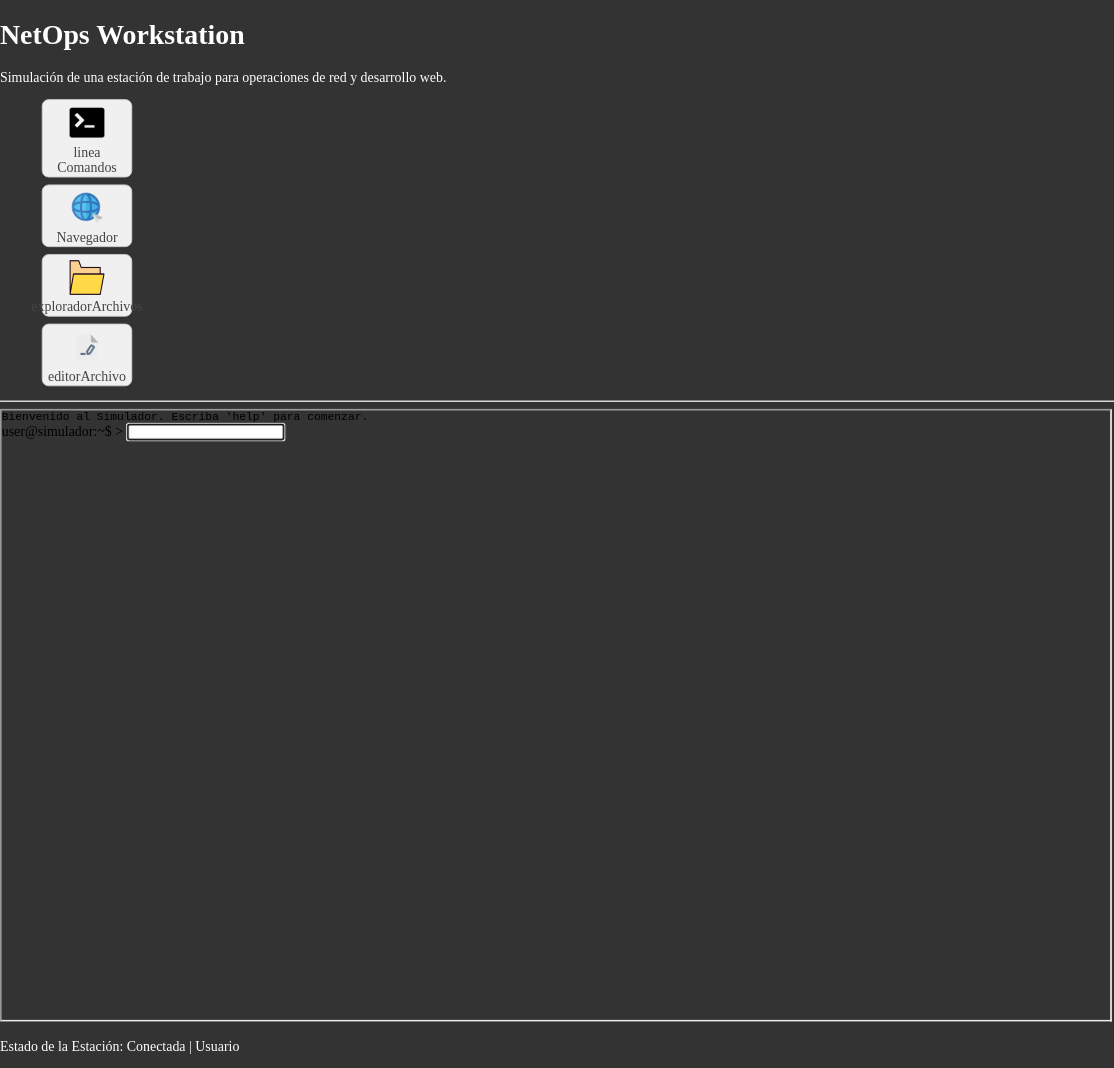
Repository: ValdezGalia/ProgramacionWebUcab
Page: lan-01.html
These files come from the project's save history. The page is drawn as it stood at one moment and after the next save; the edit follows.
The browser window is 1280 px wide. The pictures show the whole page, at 87% of full size.

Above is the page before, as saved 2025-11-13 16:32:31.

After the next save:
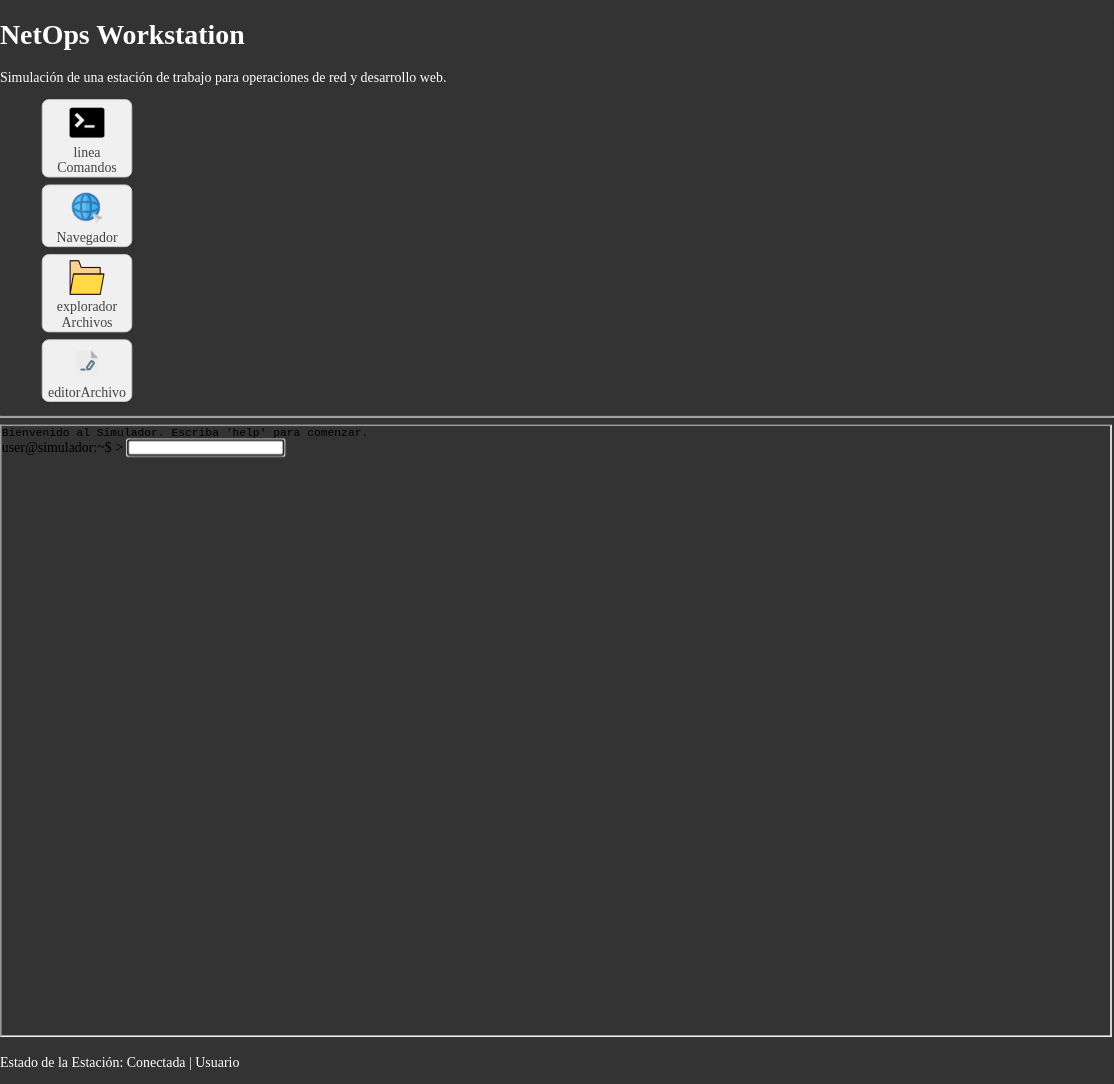
Saved 8 s later.
--- a/lan-01.html
+++ b/lan-01.html
@@ -22,7 +22,7 @@
             <ul id="app-list">
                 <li><a href="#" data-tool="lineaComandos"><img src="assets/img/terminal.png" class="app-icon" alt="lineaComandos"><span>linea Comandos</span></a></li>
                 <li><a href="#" data-tool="navegador"><img src="assets/img/navweb.png" class="app-icon" alt="Navegador"><span>Navegador</span></a></li>
-                <li><a href="#" data-tool="exploradorArchivos"><img src="assets/img/exploarch.png" class="app-icon" alt="exploradorArchivos"><span>exploradorArchivos</span></a></li>
+                <li><a href="#" data-tool="exploradorArchivos"><img src="assets/img/exploarch.png" class="app-icon" alt="exploradorArchivos"><span>explorador Archivos</span></a></li>
                 <li><a href="#" data-tool="editorArchivo"><img src="assets/img/editArchivo.png" class="app-icon" alt="editorArchivo"><span>editorArchivo</span></a></li>
             </ul>
         </nav>
